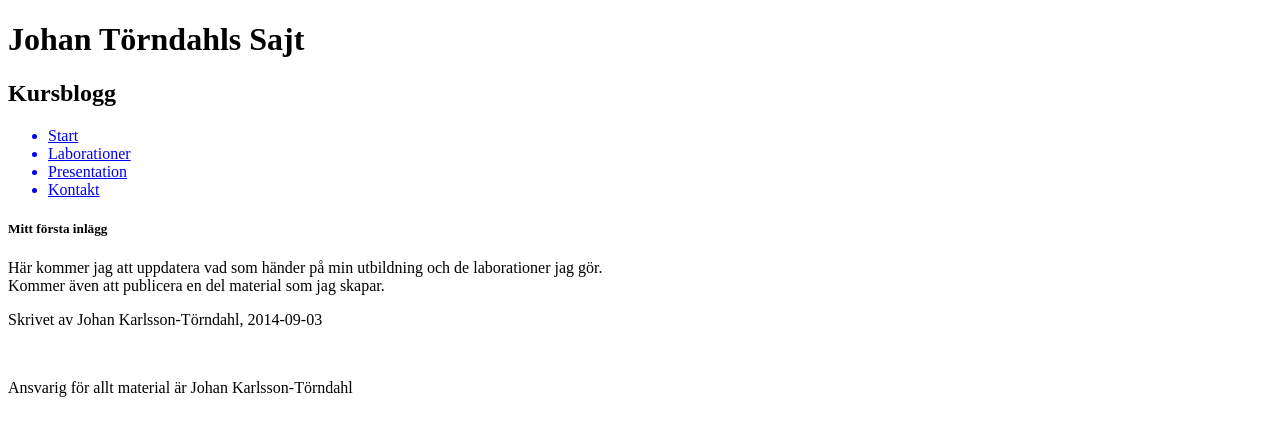
Repository: jt222ia/1ik415-jt222ia-laborationer
Page: pages/kontakt.html
The author's editor kept a record of every edit. The page is drawn from the files as they stood at one moment, then again after the next edit.
The browser window is 1280 px wide. The pictures show the whole page.

Above is the page before.

After the next edit:
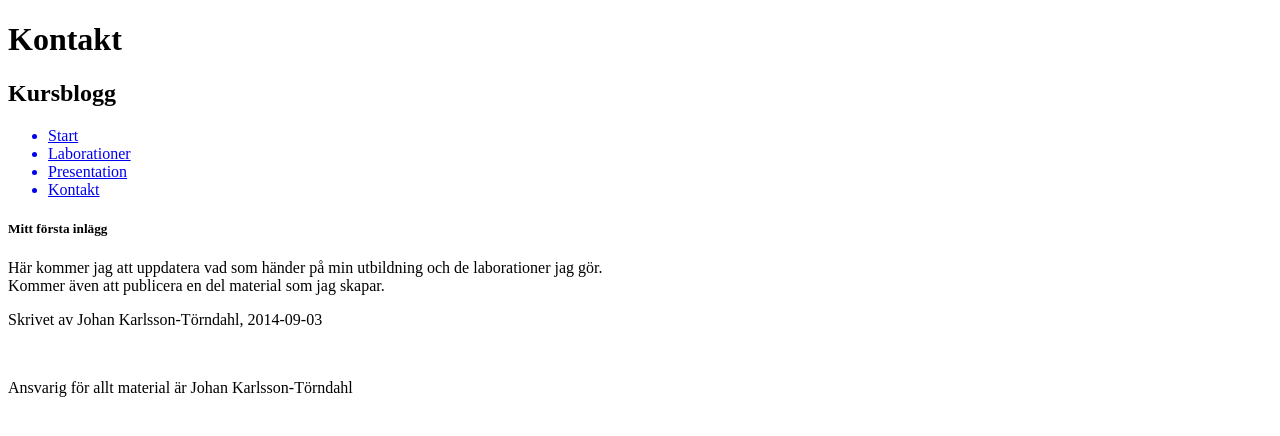
The edit:
--- a/pages/kontakt.html
+++ b/pages/kontakt.html
@@ -6,7 +6,7 @@
 
     </head>
     <body>
-        <h1>Johan Törndahls Sajt</h1>
+        <h1>Kontakt</h1>
 
             <h2>Kursblogg</h2>
 
